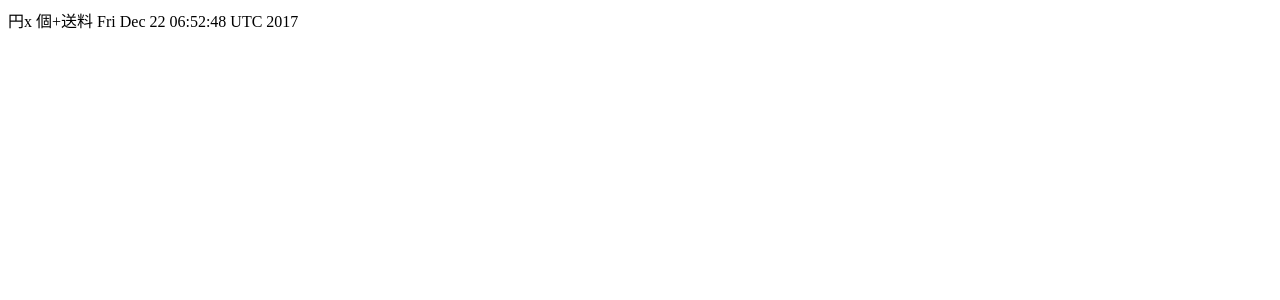
Repository: nununukibook/backup
Page: http://localhost/HelloJSP/
An editor plug-in stored every save of this project. The page is shown before and after the next save, followed by the edit.
The browser window is 1280 px wide. The pictures show the whole page.
The page is served by Tomcat 9.

Above is the page before, as saved 2017-12-26 05:29:31.

### HelloJSP/WebContent/index.jsp
<%@ page language="java" contentType="text/html; charset=UTF-8"
    pageEncoding="UTF-8"%>
<!DOCTYPE html>
<html>
<head>
<meta charset="UTF-8">
<title>TEST</title>
</head>
<body>

<form method="post" action="total-out.jsp">
<imput type="text" name="price">
円x
<imput type="text" name="count">
個+送料
<imput type="submit" value="計算">
</form>

<% out.println(new java.util.Date()); %>
</body>
</html>

After the next save:
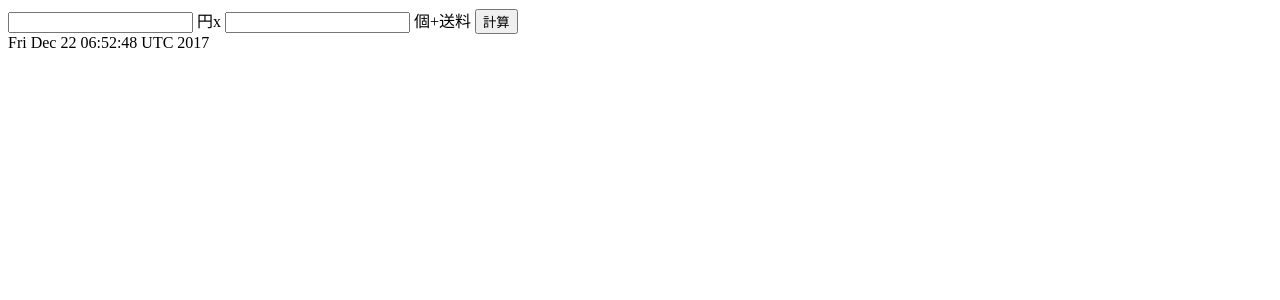
Saved 47 s later.
--- a/HelloJSP/WebContent/index.jsp
+++ b/HelloJSP/WebContent/index.jsp
@@ -9,11 +9,11 @@
 <body>
 
 <form method="post" action="total-out.jsp">
-<imput type="text" name="price">
+<input type="text" name="price">
 円x
-<imput type="text" name="count">
+<input type="text" name="count">
 個+送料
-<imput type="submit" value="計算">
+<input type="submit" value="計算">
 </form>
 
 <% out.println(new java.util.Date()); %>
